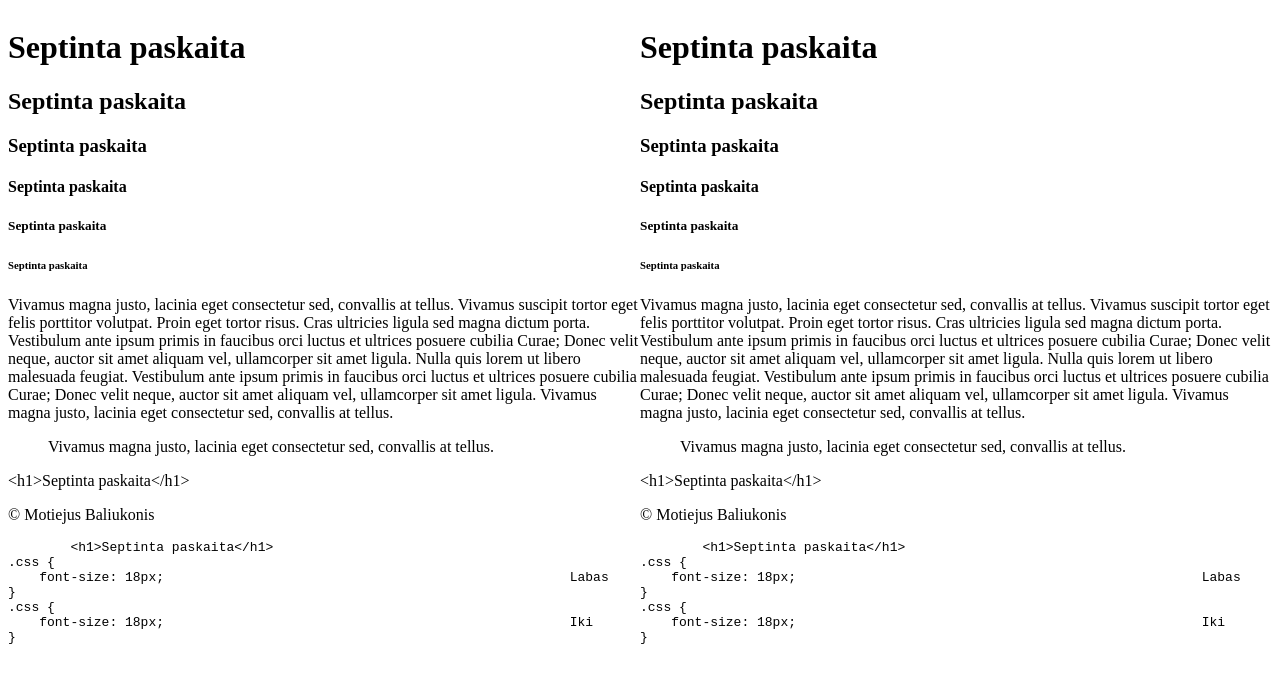
Repository: motiejus1/07-paskaita-05.31
Page: index.html
These files come from the project's save history. The page is drawn as it stood at one moment and after the next save; the edit follows.
The browser window is 1280 px wide. The pictures show the whole page.

Above is the page before, as saved 2021-06-10 19:09:31.

### index.html
<!DOCTYPE html>
<html lang="en">
<head>
    <meta charset="UTF-8">
    <meta http-equiv="X-UA-Compatible" content="IE=edge">
    <meta name="viewport" content="width=device-width, initial-scale=1.0">
    <title>Septinta paskaita</title>
    <link rel="preconnect" href="https://fonts.gstatic.com">
    <link href="https://fonts.googleapis.com/css2?family=Open+Sans&display=swap" rel="stylesheet">
    <style>
        .container {
            width: 100%;
        }

        .left, .right {
            float:left;
            width: 50%;
        }

        .right h1 {

        }

        .right h2 {

        }
    </style>
</head>
<body>
    <div class="container">
        <div class="left">
            <h1>Septinta paskaita</h1>
            <h2>Septinta paskaita</h2>
            <h3>Septinta paskaita</h3>
            <h4>Septinta paskaita</h4>
            <h5>Septinta paskaita</h5>
            <h6>Septinta paskaita</h6>

            <p>Vivamus magna justo, lacinia eget consectetur sed, convallis at tellus. Vivamus suscipit tortor eget felis porttitor volutpat. Proin eget tortor risus. Cras ultricies ligula sed magna dictum porta. Vestibulum ante ipsum primis in faucibus orci luctus et ultrices posuere cubilia Curae; Donec velit neque, auctor sit amet aliquam vel, ullamcorper sit amet ligula. Nulla quis lorem ut libero malesuada feugiat. Vestibulum ante ipsum primis in faucibus orci luctus et ultrices posuere cubilia Curae; Donec velit neque, auctor sit amet aliquam vel, ullamcorper sit amet ligula. Vivamus magna justo, lacinia eget consectetur sed, convallis at tellus.</p>

            <blockquote>Vivamus magna justo, lacinia eget consectetur sed, convallis at tellus.</blockquote>

            <p> &lt;h1&gt;Septinta paskaita&lt;/h1&gt;  </p>
            <p>&copy; Motiejus Baliukonis</p>

            <pre>
        &lt;h1&gt;Septinta paskaita&lt;/h1&gt;
.css {
    font-size: 18px;                                                    Labas
}
.css {
    font-size: 18px;                                                    Iki
}
            </pre>
        </div>
        <div class="right">
            <h1>Septinta paskaita</h1>
            <h2>Septinta paskaita</h2>
            <h3>Septinta paskaita</h3>
            <h4>Septinta paskaita</h4>
            <h5>Septinta paskaita</h5>
            <h6>Septinta paskaita</h6>

            <p>Vivamus magna justo, lacinia eget consectetur sed, convallis at tellus. Vivamus suscipit tortor eget felis porttitor volutpat. Proin eget tortor risus. Cras ultricies ligula sed magna dictum porta. Vestibulum ante ipsum primis in faucibus orci luctus et ultrices posuere cubilia Curae; Donec velit neque, auctor sit amet aliquam vel, ullamcorper sit amet ligula. Nulla quis lorem ut libero malesuada feugiat. Vestibulum ante ipsum primis in faucibus orci luctus et ultrices posuere cubilia Curae; Donec velit neque, auctor sit amet aliquam vel, ullamcorper sit amet ligula. Vivamus magna justo, lacinia eget consectetur sed, convallis at tellus.</p>

            <blockquote>Vivamus magna justo, lacinia eget consectetur sed, convallis at tellus.</blockquote>

            <p> &lt;h1&gt;Septinta paskaita&lt;/h1&gt;  </p>
            <p>&copy; Motiejus Baliukonis</p>

            <pre>
        &lt;h1&gt;Septinta paskaita&lt;/h1&gt;
.css {
    font-size: 18px;                                                    Labas
}
.css {
    font-size: 18px;                                                    Iki
}
            </pre>
        </div>
    </div>
</body>
</html>

After the next save:
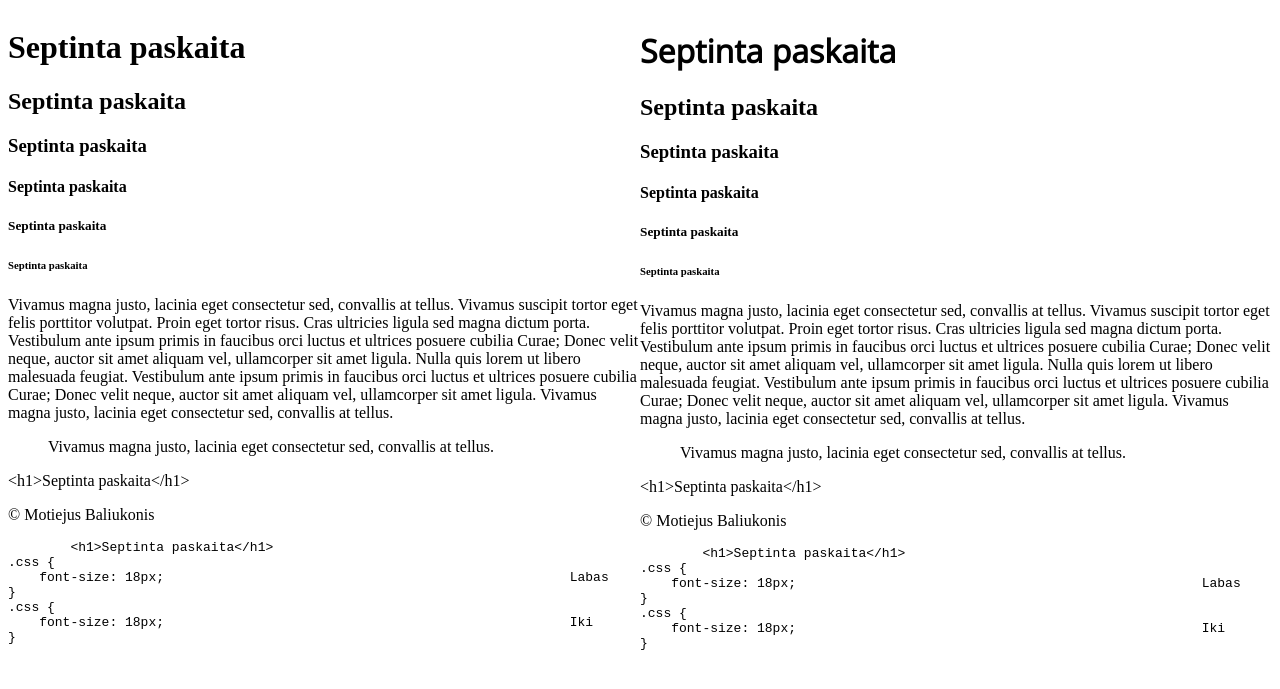
Saved 32 s later.
--- a/index.html
+++ b/index.html
@@ -18,7 +18,7 @@
         }
 
         .right h1 {
-
+            font-family: 'Open Sans', sans-serif;
         }
 
         .right h2 {
